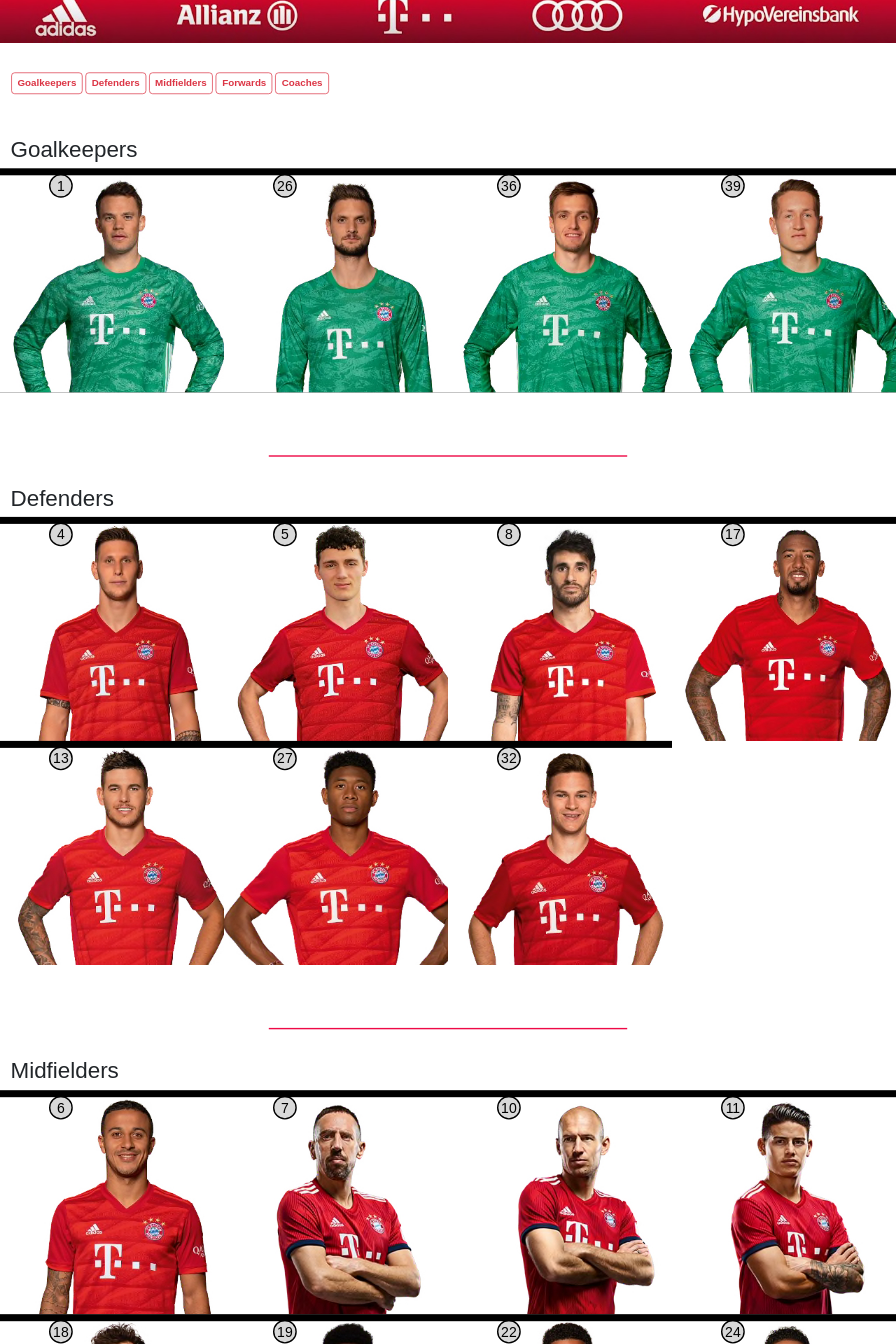
Repository: Code-Institute-Submissions/alnibo-milestone-project-1
Page: team.html
The author's editor kept a record of every edit. The page is drawn from the files as they stood at one moment, then again after the next edit.
The browser window is 1280 px wide. The pictures show the part of the page from y = 709 to 2629 px (the page is 4413 px tall), at 70% of full size.
Some web fonts or font styles are not loaded; a fallback is used.

Above is the page before.

After the next edit:
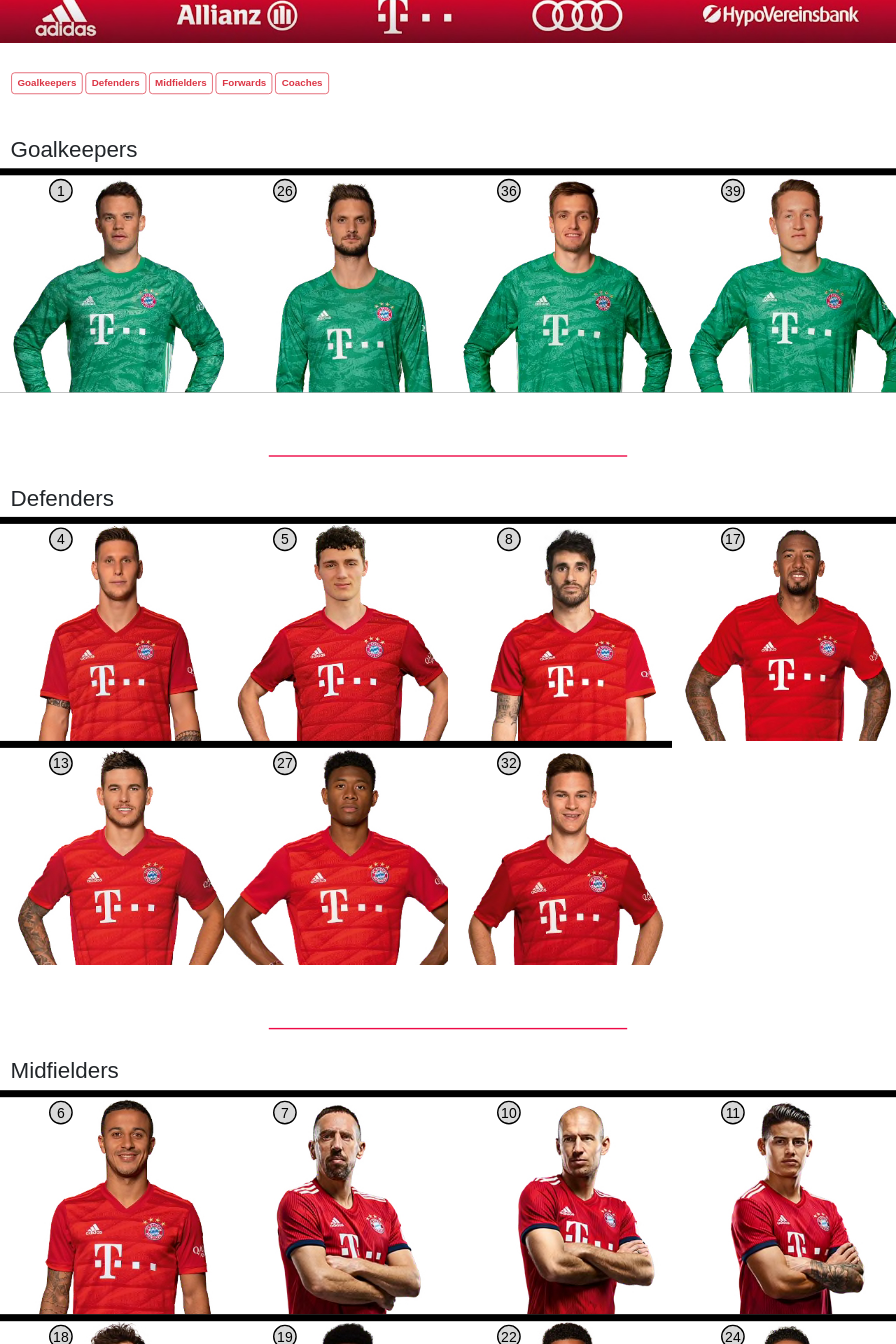
The edit:
--- a/assets/css/style.css
+++ b/assets/css/style.css
@@ -296,7 +296,7 @@
 
 .shirt-number {
     position: absolute;
-    top: 8px;
+    top: 15px;
     left: 70px;
     color: black;
     background-color: rgba(0,0,0,0.15);
